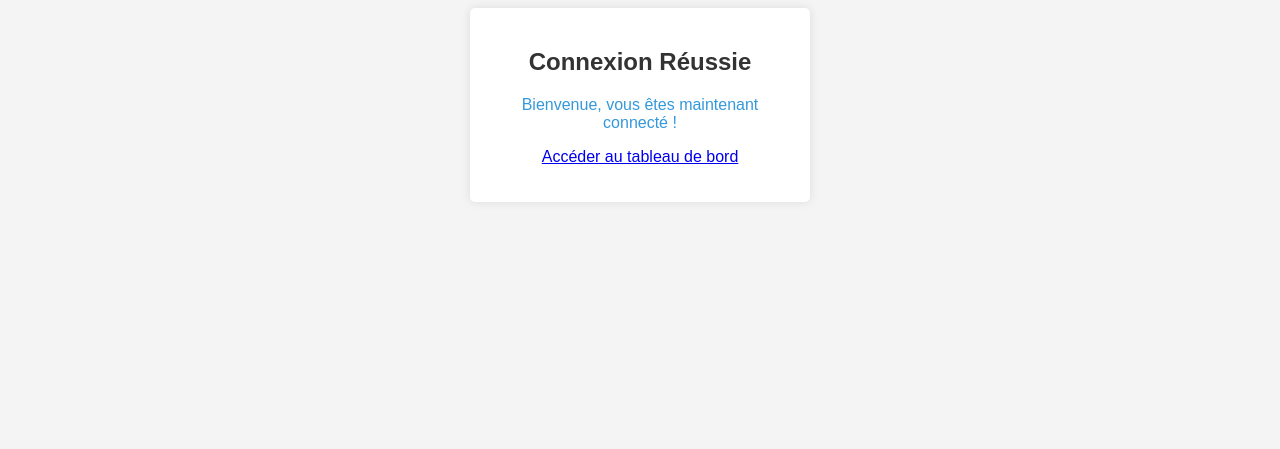
Repository: DylanEverest/master-to-master
Page: Clustering_Project/Front/Success.html
An editor plug-in stored every save of this project. The page is shown before and after the next save, followed by the edit.
The browser window is 1280 px wide. The pictures show the whole page.

Above is the page before, as saved 2023-10-30 05:17:45.

### Clustering_Project/Front/Success.html
<!DOCTYPE html>
<html>
<head>
    <meta charset="UTF-8">
    <title>Connexion Réussie</title>
    <style>
        body {
            font-family: Arial, sans-serif;
            background-color: #f4f4f4;
        }
        .success-container {
            width: 300px;
            margin: 0 auto;
            padding: 20px;
            background-color: #fff;
            border-radius: 5px;
            box-shadow: 0 0 10px rgba(0, 0, 0, 0.1);
            text-align: center;
        }
        h2 {
            color: #333;
        }
        p {
            color: #3498db;
        }
    </style>
</head>
<body>
    <div class="success-container">
        <h2>Connexion Réussie</h2>
        <p>Bienvenue, vous êtes maintenant connecté !</p>
        <p><a href="tableaudebord.html">Accéder au tableau de bord</a></p>
    </div>
</body>
</html>

After the next save:
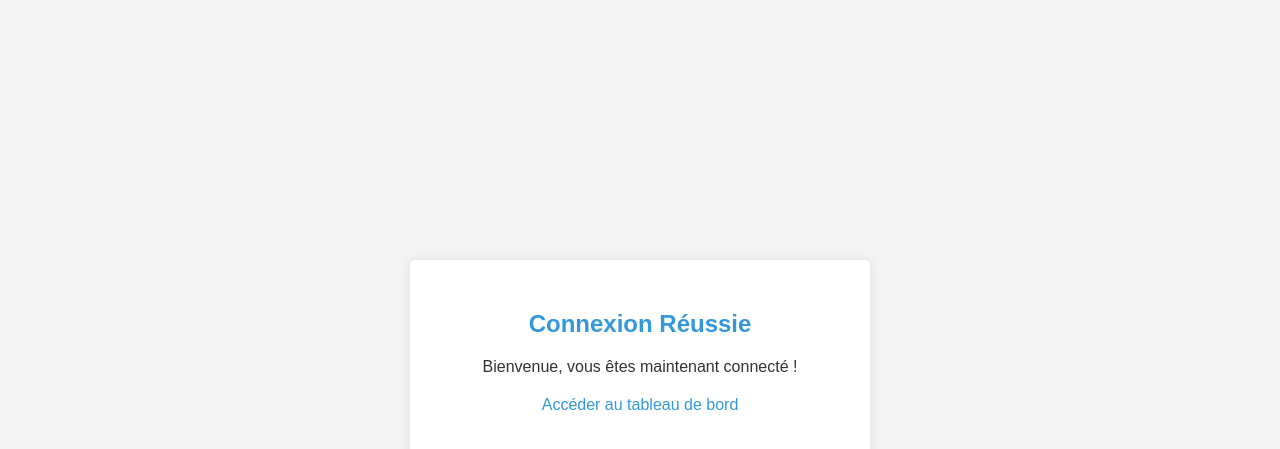
Saved 49 s later.
--- a/Clustering_Project/Front/Success.html
+++ b/Clustering_Project/Front/Success.html
@@ -7,21 +7,31 @@
         body {
             font-family: Arial, sans-serif;
             background-color: #f4f4f4;
+            margin: 0;
+            padding: 0;
+            display: flex;
+            justify-content: center;
+            align-items: center;
+            height: 100vh;
         }
         .success-container {
-            width: 300px;
-            margin: 0 auto;
-            padding: 20px;
+            text-align: center;
             background-color: #fff;
             border-radius: 5px;
             box-shadow: 0 0 10px rgba(0, 0, 0, 0.1);
-            text-align: center;
+            padding: 30px;
+            width: 400px;
         }
         h2 {
-            color: #333;
+            color: #3498db;
         }
         p {
+            color: #333;
+            margin-top: 20px;
+        }
+        a {
             color: #3498db;
+            text-decoration: none;
         }
     </style>
 </head>
